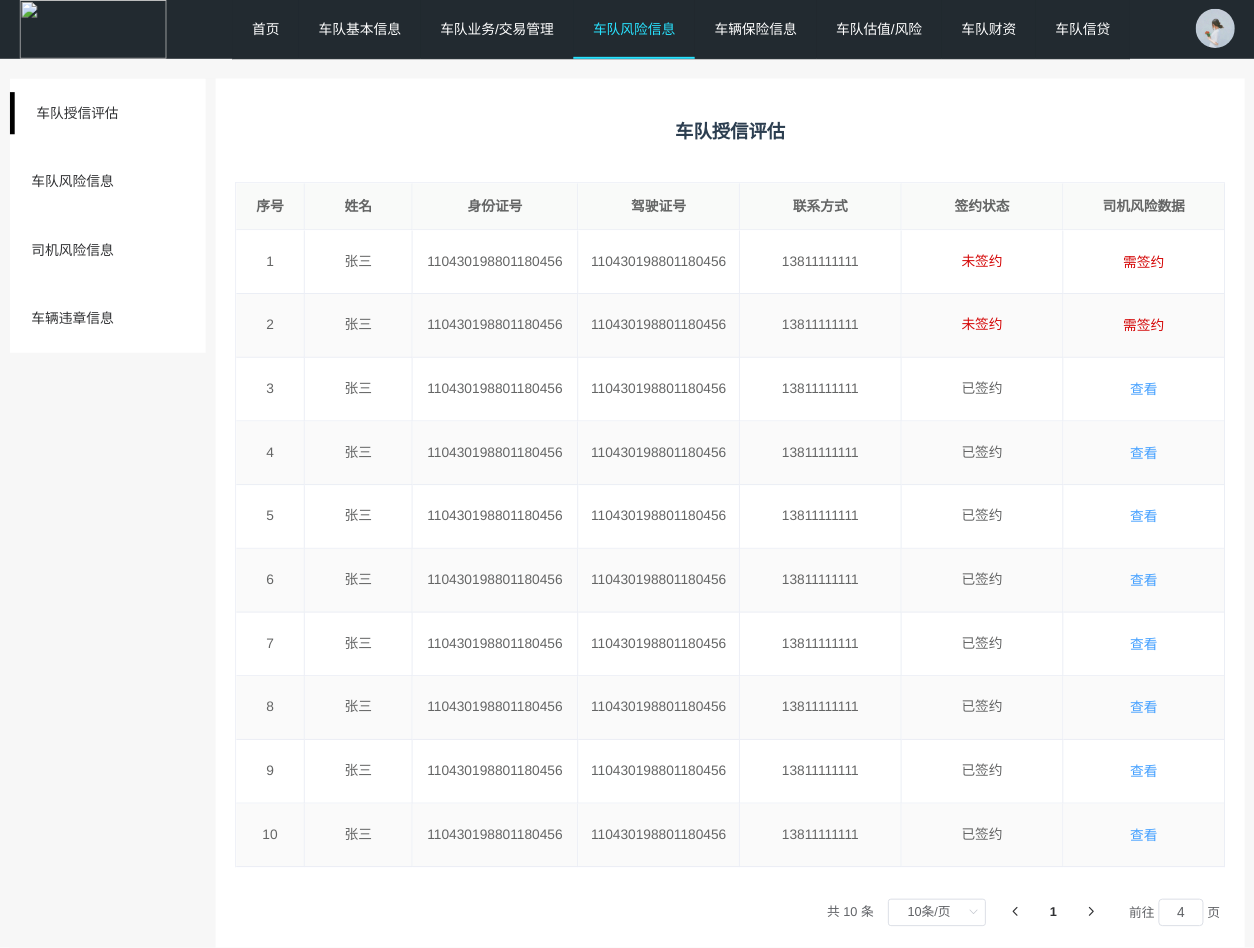
Repository: TheWomanLiketheWind/woodpecker
Page: /
These files come from the project's save history. The page is drawn as it stood at one moment and after the next save; the edit follows.
The browser window is 1280 px wide. The pictures show the whole page, at 98% of full size.
The project was rebuilt for these pictures with package versions that can differ from the ones it lists, and the page was loaded fresh each time. Also part of the build but not shown: src/views/menuThird.vue.

Above is the page before, as saved 2019-07-26 10:15:12.

### public/index.html
<!DOCTYPE html>
<html lang="en">
  <head>
    <meta charset="utf-8">
    <meta http-equiv="X-UA-Compatible" content="IE=edge">
    <meta name="viewport" content="width=device-width,initial-scale=1.0">
    <link rel="icon" href="<%= BASE_URL %>favicon.ico">
    <title>woodpecker</title>
  </head>
  <body>
    <noscript>
      <strong>We're sorry but woodpecker doesn't work properly without JavaScript enabled. Please enable it to continue.</strong>
    </noscript>
    <div id="app"></div>
    <!-- built files will be auto injected -->
  </body>
</html>

### src/App.vue
<template>
  <div id="app">
    <router-view />
  </div>
</template>

<style lang="scss">
#app {
  font-family: "Avenir", Helvetica, Arial, sans-serif;
  -webkit-font-smoothing: antialiased;
  -moz-osx-font-smoothing: grayscale;
  text-align: center;
  color: #2c3e50;
  background: #f7f7f7;
  .el-header {
    display: flex;
    justify-content: space-between;
    align-items: center;
  }

  .menuSecond {
    .el-table th,
    .el-table tr {
      color: #646565;
    }
    .el-table__header th {
      background: #f9faf9;
    }
    .el-menu {
      border-right: 0;
    }
    .el-menu-item:focus,
    .el-menu-item:hover {
      background-color: rgb(209, 209, 209);
    }

    .el-menu-item.is-active span {
      border-left: 5px solid #000;
    }
    .el-menu-item {
      display: flex;
      align-items: center;
      padding: 0 !important;
      height: 70px;
    }

    .el-menu-item span {
      height: 43px;
      line-height: 43px;
      text-align: left;
      width: 100%;
      display: block;
      padding-left: 22px;
    }
  }
}
#nav {
  padding: 30px;
  a {
    font-weight: bold;
    color: #2c3e50;
    &.router-link-exact-active {
      color: #42b983;
    }
  }
}
body {
  margin: 0;
}
</style>

### src/router.ts
import Vue from 'vue'
import Router from 'vue-router'
import Home from './views/Home.vue'
Vue.use(Router)

export default new Router({
  mode: 'history',
  base: process.env.BASE_URL,
  routes: [
    {
      path: '/',
      name: 'home',
      component: Home,
      children: [
        {
          path: '/',
          name: 'menuSecond',
          children: [
            {
              path: '/',
              name: 'menuThird',
              component: () =>
                import(/* webpackChunkName: "about" */ './views/menuThird.vue')
            }
          ],
          component: () =>
            import(/* webpackChunkName: "about" */ './views/menuSecond.vue')
        }
      ]
    }
  ]
})

### src/views/Home.vue
<template>
  <el-container>
    <el-header class="headerAll">
      <img src=""
           class="headImage">
      <el-menu :default-active="activeIndex"
               class="el-menu-demo"
               mode="horizontal"
               background-color="#222a30"
               text-color="#fff"
               active-text-color="#29e2fe"
               @select="handleSelect">
        <el-menu-item v-for="(item, index) in menuList"
                      :key="index"
                      :index="item.index"
                      v-on:listenToChildEvent="menuClick">{{item.name}}</el-menu-item>
      </el-menu>

      <el-dropdown>
        <img src="../assets/headImage.jpg"
             class="drophead" />
        <el-dropdown-menu slot="dropdown">
          <el-dropdown-item>个人信息</el-dropdown-item>
          <el-dropdown-item>退出</el-dropdown-item>
        </el-dropdown-menu>
      </el-dropdown>
    </el-header>
    <!-- <router-link to="/menuSecond">点击跳转</router-link> -->
    <router-view />
  </el-container>
</template>

<script lang="ts">
import { Component, Vue } from "vue-property-decorator";

@Component({
  components: {}
})
export default class Home extends Vue {
  data() {
    return {
      activeIndex: "4",
      menuList: [
        {
          name: "首页",
          index: "1",
          link: ""
        },
        {
          name: "车队基本信息",
          index: "2",
          link: ""
        },
        {
          name: "车队业务/交易管理",
          index: "3",
          link: ""
        },
        {
          name: "车队风险信息",
          index: "4",
          link: ""
        },
        {
          name: "车辆保险信息",
          index: "5",
          link: ""
        },
        {
          name: "车队估值/风险",
          index: "6",
          link: ""
        },
        {
          name: "车队财资",
          index: "7",
          link: ""
        },
        {
          name: "车队信贷",
          index: "8",
          link: ""
        }
      ]
    };
  }

  private handleSelect(key: any, keyPath: any) {
    console.log(key, keyPath);
  }

  menuClick(data: any) {
    this.$router.push(data);
  }
}
</script>

<style lang="scss">
.headerAll {
  background: #222a30;
  margin-bottom: 20px;
  .headImage {
    width: 150px;
    height: 100%;
    border: 0;
  }
  .drophead {
    width: 40px;
    height: 40px;
    border-radius: 50%;
  }
}
</style>

### src/views/menuSecond.vue
<template>
  <el-container class="menuSecond">

    <el-aside width="200px"
              class="asideClass">
      <el-menu :default-active="defaultActive"
               class="el-menu-vertical-demo"
               active-text-color="#303133"
               @select="handleSelect">
        <el-menu-item v-for="(item, index) in filesList.navigeList"
                      :key="index"
                      :index="item.index">
          <span slot="title">{{item.name}}</span>
        </el-menu-item>
      </el-menu>
    </el-aside>
    <el-main class="menuSecondRight">
      <h3 class="menuSecondH3">{{filesList.navigeList[this.selectIndex].name}}</h3>
      <el-table :data="tableData"
                border
                stripe
                style="width: 100%">
        <el-table-column type="index"
                         label="序号"
                         width="70"
                         align="center">
        </el-table-column>
        <el-table-column prop="name"
                         label="姓名"
                         width="110"
                         align="center" />
        <el-table-column prop="cardId"
                         label="身份证号"
                         align="center" />
        <el-table-column prop="driveId"
                         label="驾驶证号"
                         align="center" />
        <el-table-column prop="tel"
                         label="联系方式"
                         align="center" />
        <el-table-column prop="signType"
                         label="签约状态"
                         align="center">
          <template slot-scope="scope">
            <span :class="scope.row.signType === 0?'signTypeColor':''">{{scope.row.signType === 0?'未签约':'已签约'}}</span>
          </template>
        </el-table-column>
        <el-table-column label="司机风险数据"
                         align="center">
          <template slot-scope="scope">
            <el-button type="text"
                       v-if="scope.row.signType === 0"
                       class="signTypeColor">需签约</el-button>
            <el-button type="text"
                       v-else>查看</el-button>
          </template>
        </el-table-column>
      </el-table>
      <el-pagination @size-change="handleSizeChange"
                     @current-change="handleCurrentChange"
                     :current-page="currentPage4"
                     :page-sizes="[10, 20, 50, 100]"
                     :page-size="10"
                     layout="total, sizes, prev, pager, next, jumper"
                     :total="tableData.length">
      </el-pagination>
    </el-main>
    <!-- <img src="../assets/d1c2dc3ef8561f8ba11936fef14c613.png"> -->
  </el-container>

</template>

<script lang="ts">
import Vue from "vue";
import files from "../jsonFile";

export default Vue.extend({
  data() {
    return {
      filesList: files,
      selectIndex: 0,
      defaultActive: "1",
      currentPage4: 4,
      tableData: [
        {
          name: "张三",
          cardId: "110430198801180456",
          driveId: "110430198801180456",
          tel: "13811111111",
          signType: 0
        }
      ]
    };
  },
  mounted() {
    this.defined();
  },
  methods: {
    defined() {
      for (let i = 0; i < 9; i++) {
        let object = {
          name: "张三",
          cardId: "110430198801180456",
          driveId: "110430198801180456",
          tel: "13811111111",
          signType: i === 0 ? 0 : 1
        };
        this.tableData.push(object);
      }
    },
    handleSelect(key: String) {
      this.selectIndex = Number(key) - 1;
    },
    handleSizeChange(val: Number) {
      console.log(`每页 ${val} 条`);
    },
    handleCurrentChange(val: Number) {
      console.log(`当前页: ${val}`);
    }
  }
});
</script>


<style lang="scss">
.menuSecond {
  background: #f7f7f7;
  margin: 0 10px;
  .menuSecondRight {
    background: #fff;
    margin-left: 10px;
    .menuSecondH3 {
      margin-bottom: 40px;
    }
  }
  .el-pagination {
    margin-top: 30px;
    float: right;
  }
  .signTypeColor {
    color: #d40707;
  }
}
.el-menu {
  background: #fff;
}
</style>

### src/jsonFile.ts
const fileObject = {
  navigeList: [
    {
      name: '车队授信评估',
      index: '1'
    },
    {
      name: '车队风险信息',
      index: '2'
    },
    {
      name: '司机风险信息',
      index: '3'
    },
    {
      name: '车辆违章信息',
      index: '4'
    }
  ]
}

export default fileObject

Loaded but not shown: src/main.ts (common file); src/store.ts (common file)

After the next save:
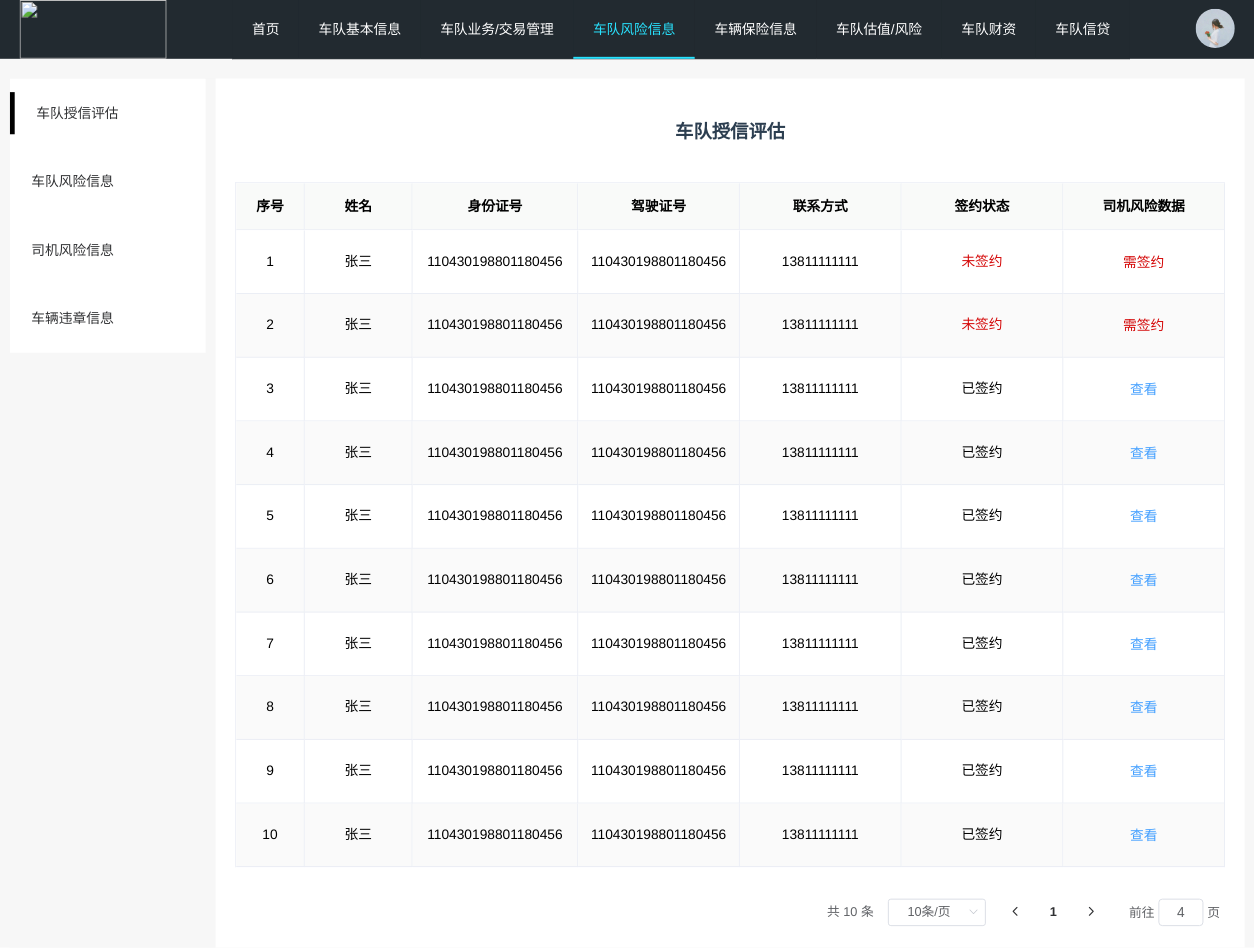
Saved 31 s later.
--- a/src/App.vue
+++ b/src/App.vue
@@ -21,7 +21,7 @@
   .menuSecond {
     .el-table th,
     .el-table tr {
-      color: #646565;
+      color: #000;
     }
     .el-table__header th {
       background: #f9faf9;

After the save that followed:
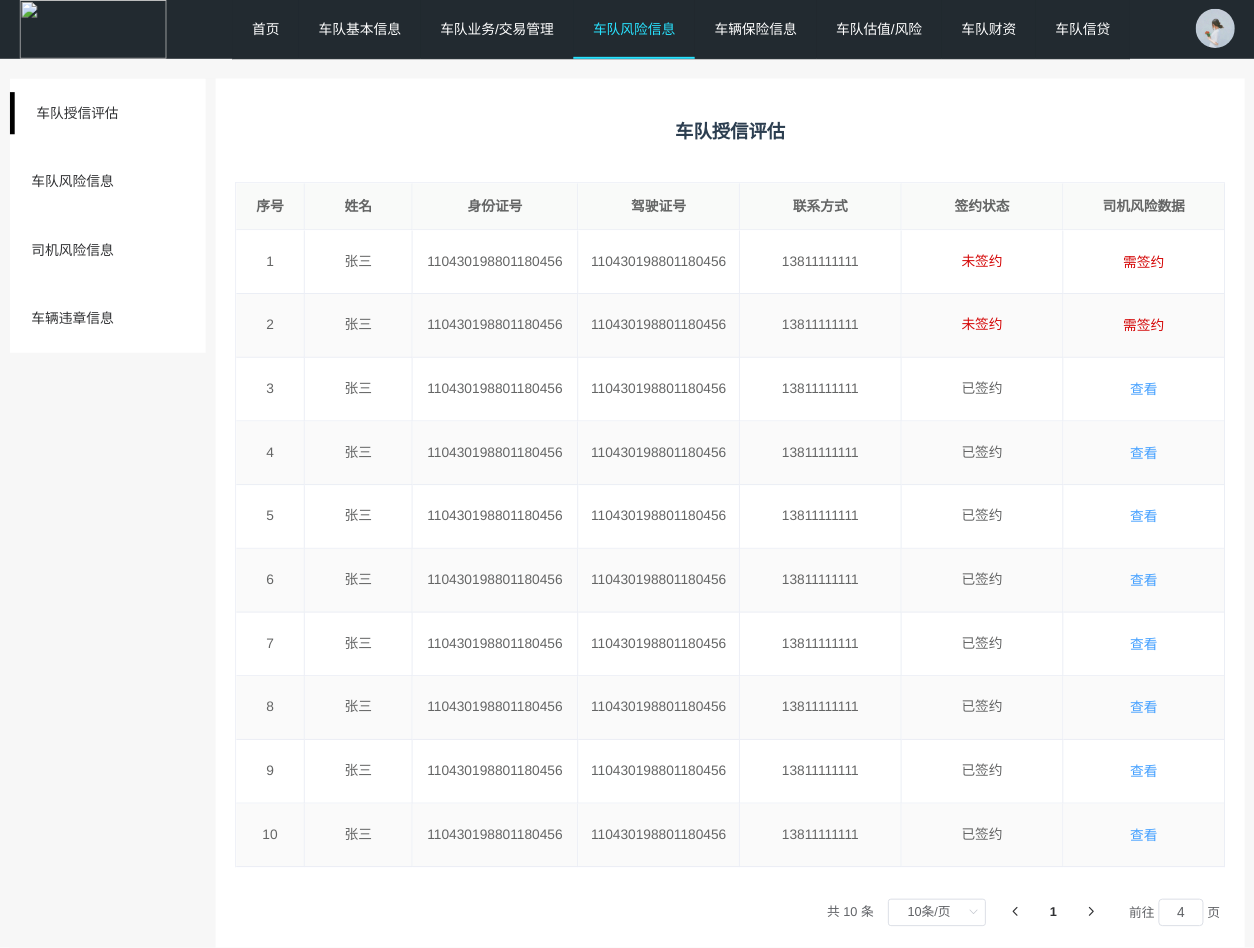
Saved 6 s later.
--- a/src/App.vue
+++ b/src/App.vue
@@ -21,7 +21,7 @@
   .menuSecond {
     .el-table th,
     .el-table tr {
-      color: #000;
+      color: #646565;
     }
     .el-table__header th {
       background: #f9faf9;
